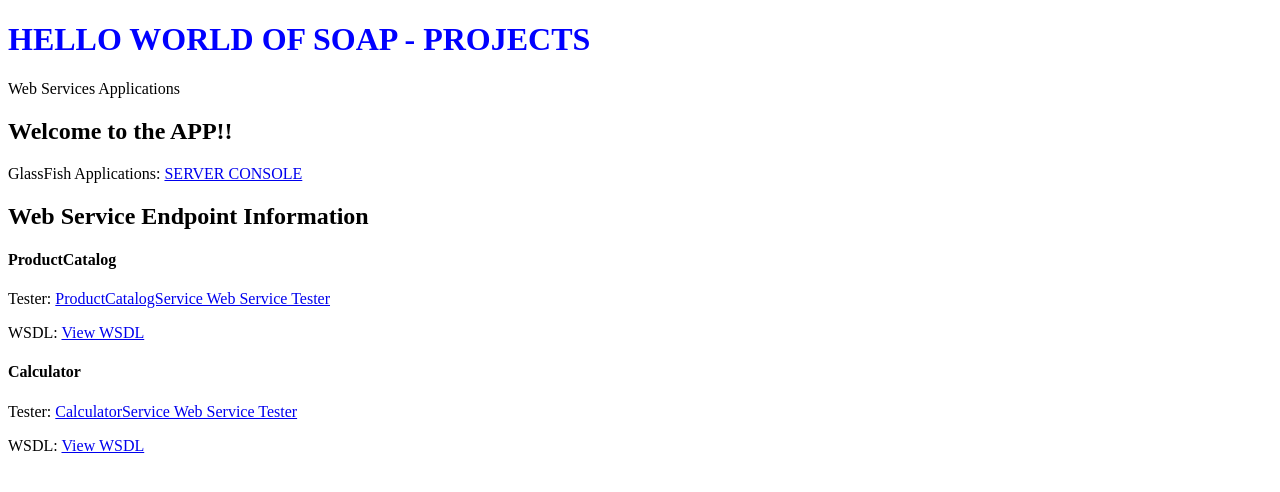
Repository: atafs/BackEnd_JAX-JAX-WS_SOAP
Page: http://localhost/Project_003_SOAP_server_ServiceAndContractFirst/
An editor plug-in stored every save of this project. The page is shown before and after the next save, followed by the edit.
The browser window is 1280 px wide. The pictures show the whole page.
The page is served by Tomcat 9. Other server files are loaded and not shown.

Above is the page before, as saved 2016-01-26 11:55:03.

### Project_003_SOAP_server_ServiceAndContractFirst/WebContent/index.jsp
<%@ page language="java" contentType="text/html; charset=ISO-8859-1"
    pageEncoding="ISO-8859-1"%>
<!DOCTYPE html PUBLIC "-//W3C//DTD HTML 4.01 Transitional//EN" "http://www.w3.org/TR/html4/loose.dtd">
<html>

<!-- HEADER -->
<head>
<meta http-equiv="Content-Type" content="text/html; charset=ISO-8859-1">
<title>WEB SERVICES</title>
</head>

<!-- BODY -->
<body>
	<h1 style="color:blue;">HELLO WORLD OF SOAP - PROJECTS</h1>
	<p>Web Services Applications</p>

	<!-- LINKS -->
	<h2>Welcome to the APP!! </h2>
	<p>GlassFish Applications: <a href="http://localhost:4848/common/index.jsf">SERVER CONSOLE</a></p>

	<h2>Web Service Endpoint Information</h2>
	<h4>ProductCatalog</h4>
	<p>Tester: <a href="http://atafs:9090/Project_003_SOAP_server_ServiceAndContractFirst/ProductCatalogService?Tester">ProductCatalogService Web Service Tester</a></p>
	<p>WSDL: <a href="http://atafs:9090/Project_003_SOAP_server_ServiceAndContractFirst/ProductCatalogService?wsdl">View WSDL</a></p>

	<h4>Calculator</h4>
	<p>Tester: <a href="http://atafs:9090/Project_003_SOAP_server_ServiceAndContractFirst/CalculatorService?Tester">CalculatorService Web Service Tester</a></p>
	<p>WSDL: <a href="http://atafs:9090/Project_003_SOAP_server_ServiceAndContractFirst/CalculatorService?wsdl">View WSDL</a></p>
</body>
</html>

After the next save:
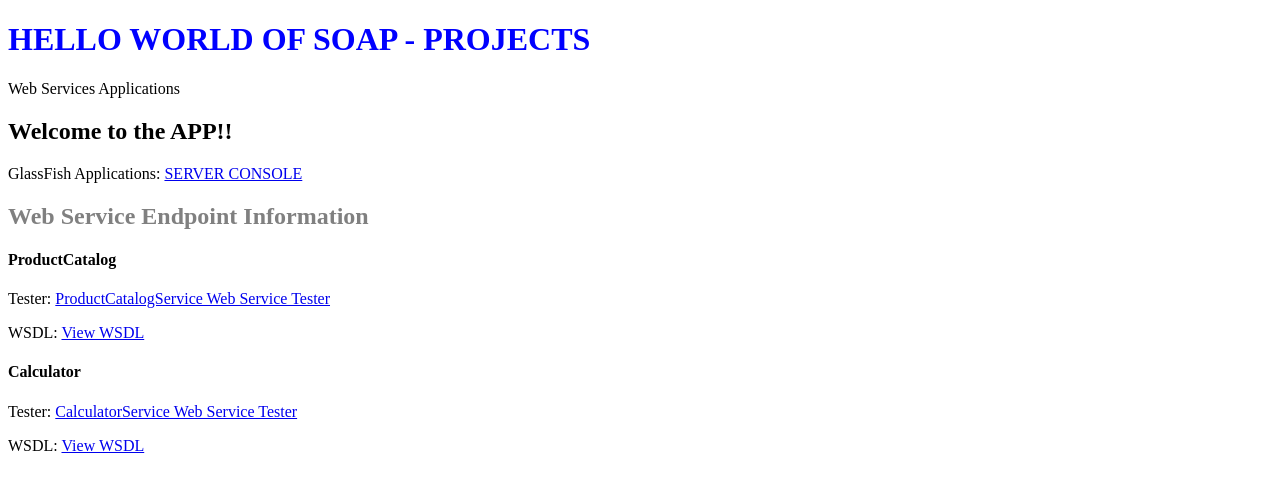
Saved 58 s later.
--- a/Project_003_SOAP_server_ServiceAndContractFirst/WebContent/index.jsp
+++ b/Project_003_SOAP_server_ServiceAndContractFirst/WebContent/index.jsp
@@ -18,7 +18,7 @@
 	<h2>Welcome to the APP!! </h2>
 	<p>GlassFish Applications: <a href="http://localhost:4848/common/index.jsf">SERVER CONSOLE</a></p>
 
-	<h2>Web Service Endpoint Information</h2>
+	<h2 style="color:gray;">Web Service Endpoint Information</h2>
 	<h4>ProductCatalog</h4>
 	<p>Tester: <a href="http://atafs:9090/Project_003_SOAP_server_ServiceAndContractFirst/ProductCatalogService?Tester">ProductCatalogService Web Service Tester</a></p>
 	<p>WSDL: <a href="http://atafs:9090/Project_003_SOAP_server_ServiceAndContractFirst/ProductCatalogService?wsdl">View WSDL</a></p>
